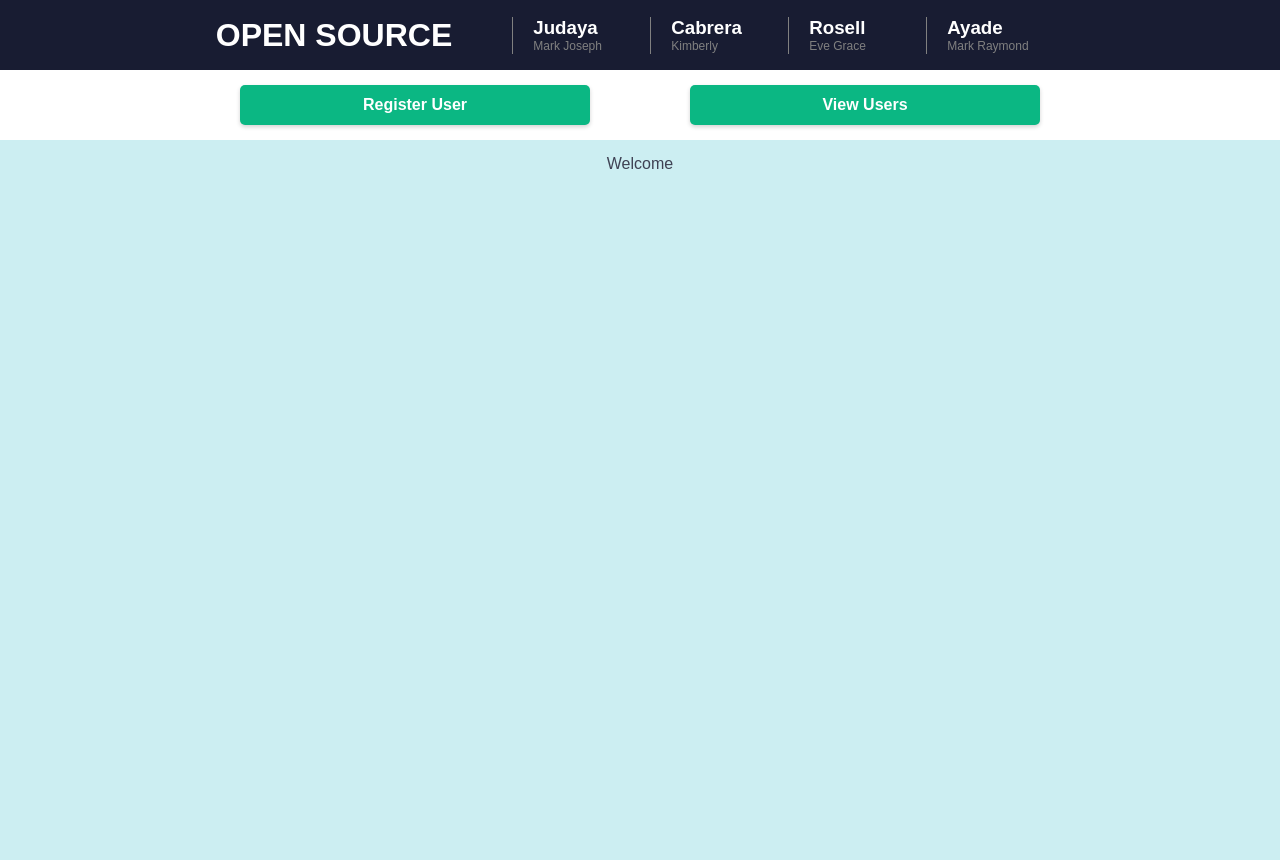
Repository: azkalonz/Int-Prog-2
Page: http://localhost/Int_Prog_2/?page=home
An editor plug-in stored every save of this project. The page is shown before and after the next save, followed by the edit.
The browser window is 1280 px wide. The pictures show the whole page.
The page is served by Tomcat 9. Other server files are loaded and not shown.

Above is the page before, as saved 2021-03-02 11:40:20.

### Int Prog 2/WebContent/index.jsp
<jsp:include page="/WEB-INF/layout/header.jsp"/>
Welcome
<jsp:include page="/WEB-INF/layout/footer.jsp"/>

### Int Prog 2/WebContent/WEB-INF/layout/header.jsp
<%@ page language="java" contentType="text/html; charset=ISO-8859-1"
	pageEncoding="ISO-8859-1"%>
<!DOCTYPE html>
<html>
<head>
<meta charset="ISO-8859-1">
<title>Employee</title>
<link rel="stylesheet" href="<%=request.getContextPath()%>/css/style.css"/>
</head>
<body>
<header>
        <div class="container">
            <h1>OPEN SOURCE</h1>
            <div class="namesCon">
                <div class="names">
                    <h3>Judaya</h3>
                    <span>Mark Joseph</span>
                </div>
                <div class="names">
                    <h3>Cabrera</h3>
                    <span>Kimberly</span>
                </div>
                <div class="names">
                    <h3>Rosell</h3>
                    <span>Eve Grace</span>
                </div>
                <div class="names">
                    <h3>Ayade</h3>
                    <span>Mark Raymond</span>
                </div>
            </div>
        </div>
    </header>
    <div class="navCon">
        <div class="container">
            <a class="button" href="<%=request.getContextPath()%>/register">Register User</a>
            <a class="button" href="<%=request.getContextPath()%>/employee">View Users</a>
        </div>
    </div>

    <div class="thecontent">

### Int Prog 2/WebContent/css/style.css
* {
  margin: 0;
  padding: 0;
  box-sizing: border-box;
  font-family: "Poppins", sans-serif;
  color: rgb(63, 66, 84);
}

header {
  width: 100%;
  height: 70px;
  background: rgb(24, 28, 50);
  display: flex;
  align-items: center;
  justify-content: center;
}

header .container {
  width: 1024px;
  display: flex;
  justify-content: center;
}

header .container h1 {
  color: white;
  margin-right: 20px;
}

header .container .namesCon {
  display: flex;
  margin-left: 40px;
}

.container .namesCon .names {
  width: 130px;
  display: flex;
  flex-direction: column;
  margin-right: 8px;
  border-left: 1px solid gray;
  padding-left: 20px;
}

.namesCon .names h3 {
  color: white;
}

.namesCon .names span {
  font-size: 12px;
  color: gray;
}

.navCon {
  width: 100%;
  height: 70px;
  background: white;
  display: flex;
  align-items: center;
  justify-content: center;
  padding: 20px 0;
}

.navCon .container {
  width: 1024px;
  display: flex;
  align-items: center;
  justify-content: center;
}

.navCon .container .button {
  width: 350px;
  height: 40px;
  margin: 0 50px;
  cursor: pointer;
  border: none;
  border-radius: 5px;
  background: rgb(11, 183, 131);
  font-weight: bold;
  box-shadow: 0 2px 4px lightgray;
  display: flex;
  justify-content: center;
  align-items: center;
}

.navCon .container .button {
  text-decoration: none;
  color: white;
}

.thecontent {
  width: 100%;
  height: 100vh;
  display: flex;
  justify-content: center;
  padding: 15px 0;
  background: rgb(204, 238, 242);
}

.formCon {
  display: flex;
  align-items: center;
  justify-content: center;
  width: 1024px;
  height: 700px;
  background: white;
  padding-top: 15px;
  border-radius: 15px;
}
.inputCon {
  width: 370px;
  height: 80px;
  display: flex;
  flex-direction: column;
}

.inputCon span {
  margin-right: 10px;
  font-size: 15px;
}

.inputCon input {
  height: 40px;
  padding-left: 7px;
  border: 1px solid gray;
  border-radius: 5px;
}

.formCon button {
  width: 200px;
  height: 70px;
  float: right;
  border: none;
  border-radius: 4px;
  background: rgb(11, 183, 131);
  color: white;
  font-weight: bold;
  box-shadow: 0 2px 4px lightgray;
}

.thecontent .tableCon {
  background: white;
  width: 1024px;
  height: 800px;
  display: flex;
  justify-content: flex-start;
  padding-top: 18px;
  align-items: center;
  flex-direction: column;
  border-radius: 15px;
}

.tableCon table {
  width: 800px;
}

.tableCon table th {
  text-align: left;
}

.view-employee-table tr td:first-of-type{
	font-weight: bold;
	width: 200px;
	max-width: 200px;
}

table tr td {
	padding: 7px 13px;
}

Loaded but not shown: Int Prog 2/WebContent/WEB-INF/layout/footer.jsp (common file)

After the next save:
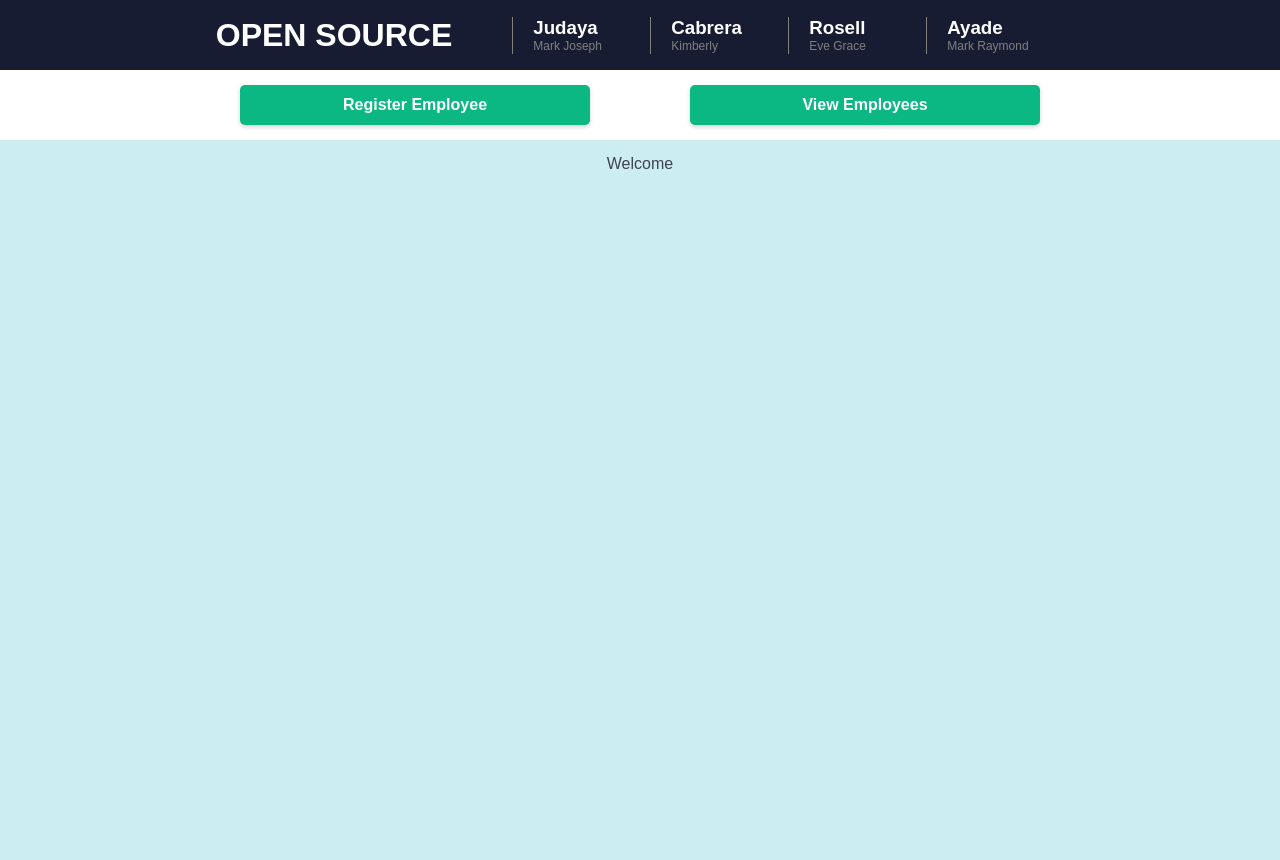
Saved 14 s later.
--- a/Int Prog 2/WebContent/WEB-INF/layout/header.jsp
+++ b/Int Prog 2/WebContent/WEB-INF/layout/header.jsp
@@ -33,8 +33,8 @@
     </header>
     <div class="navCon">
         <div class="container">
-            <a class="button" href="<%=request.getContextPath()%>/register">Register User</a>
-            <a class="button" href="<%=request.getContextPath()%>/employee">View Users</a>
+            <a class="button" href="<%=request.getContextPath()%>/register">Register Employee</a>
+            <a class="button" href="<%=request.getContextPath()%>/employee">View Employees</a>
         </div>
     </div>
 
